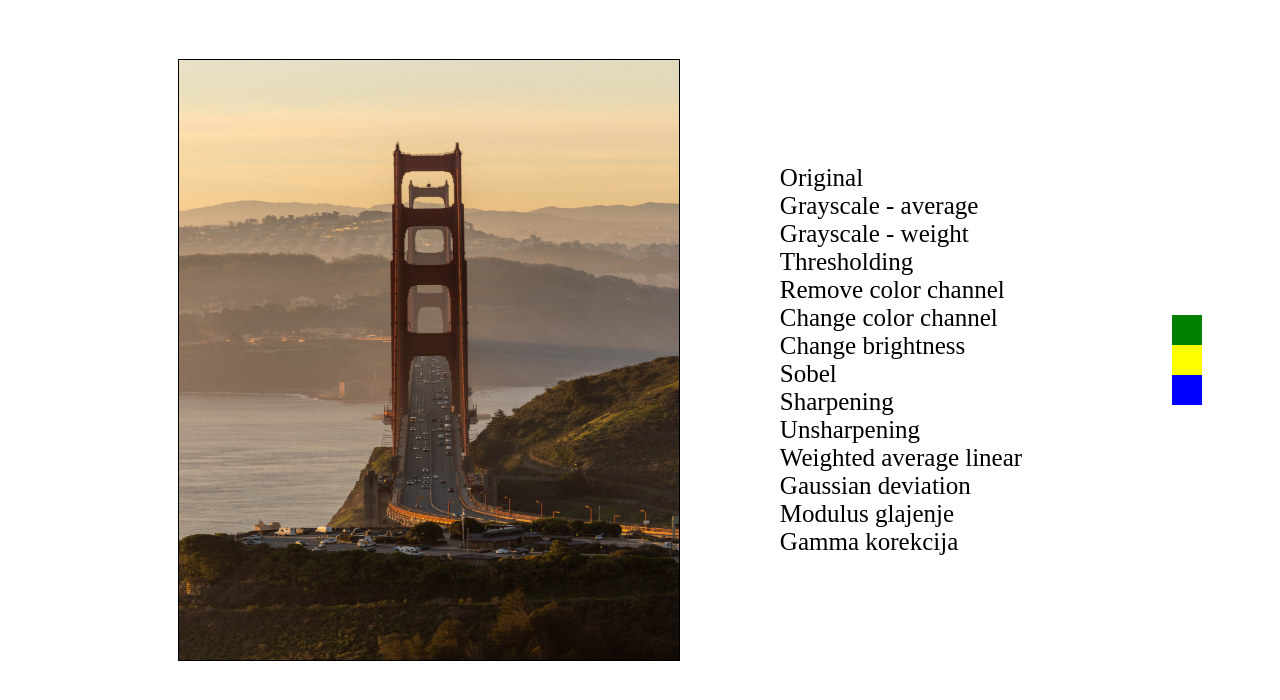
Repository: fussionko/web_photoshop
Page: index.html
The author's editor kept a copy of each file at every save. The page is drawn from the files as they stood at one save, then again after the next save.
The browser window is 1280 px wide. The pictures show the whole page.

Above is the page before, as saved 2022-04-27 17:01:21.
Console error: TypeError: Cannot read properties of undefined (reading 'hasOwnProperty')

After the next save:
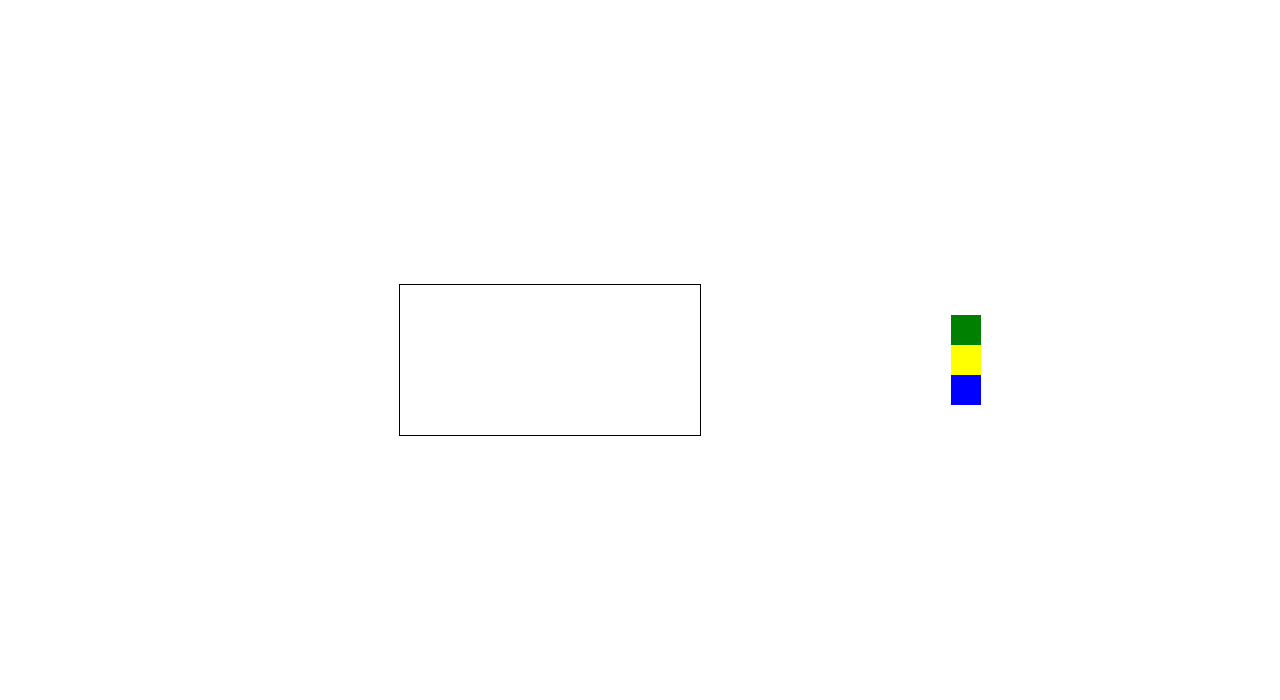
Console error: SyntaxError: Unexpected token ','
Saved 27 s later.
--- a/main.js
+++ b/main.js
@@ -458,9 +458,9 @@
         clear(controls);
         createSlider(controls, "weighted_avg_linear-controls-weight", 1, 255, 1, 1);
         document.getElementById("weighted_avg_linear-controls-weight").addEventListener("input", function(){
-            loadImage(weighted_avg_linear(changing_img_data, parseInt(this.value)));
-        });
-        loadImage(weighted_avg_linear(changing_img_data, 1));
+            loadImage(weighted_avg_linear(changing_img_data, parseInt(this.value)), "weighted_avg_lin");
+        });
+        loadImage(weighted_avg_linear(changing_img_data, 1), , "weighted_avg_lin");
 
     });
     parent.appendChild(weight_avg_lin);

After the save that followed:
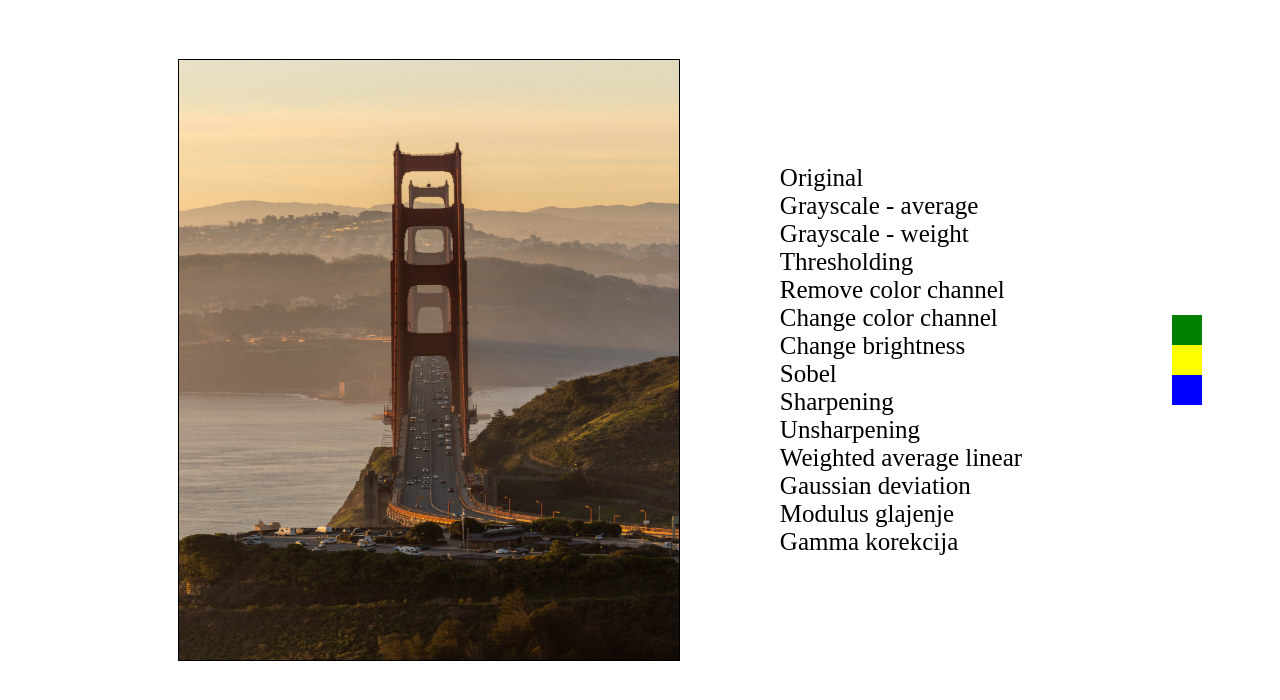
Console error: TypeError: Cannot read properties of undefined (reading 'hasOwnProperty')
Saved 25 s later.
--- a/main.js
+++ b/main.js
@@ -460,7 +460,7 @@
         document.getElementById("weighted_avg_linear-controls-weight").addEventListener("input", function(){
             loadImage(weighted_avg_linear(changing_img_data, parseInt(this.value)), "weighted_avg_lin");
         });
-        loadImage(weighted_avg_linear(changing_img_data, 1), , "weighted_avg_lin");
+        loadImage(weighted_avg_linear(changing_img_data, 1), "weighted_avg_lin");
 
     });
     parent.appendChild(weight_avg_lin);
@@ -472,7 +472,7 @@
         clear(controls);
         createSlider(controls, "gaussian-deviation-controls-deviation",0, max_gaussian, 1, 0);
         document.getElementById("gaussian-deviation-controls-deviation").addEventListener("change", function(){
-            loadImage(gaussian_blur(changing_img_data, parseFloat(this.value)));
+            loadImage(gaussian_blur(changing_img_data, parseFloat(this.value)), "gaussian");
         });
 
     });
@@ -485,7 +485,7 @@
         clear(controls);
         createSlider(controls, "modulus-controls", 0, max_modulus, 1, 0);
         document.getElementById("modulus-controls").addEventListener("change", function(){
-            loadImage(modulus(changing_img_data, parseInt(this.value)));
+            loadImage(modulus(changing_img_data, parseInt(this.value)), "mod");
         });
 
     });
